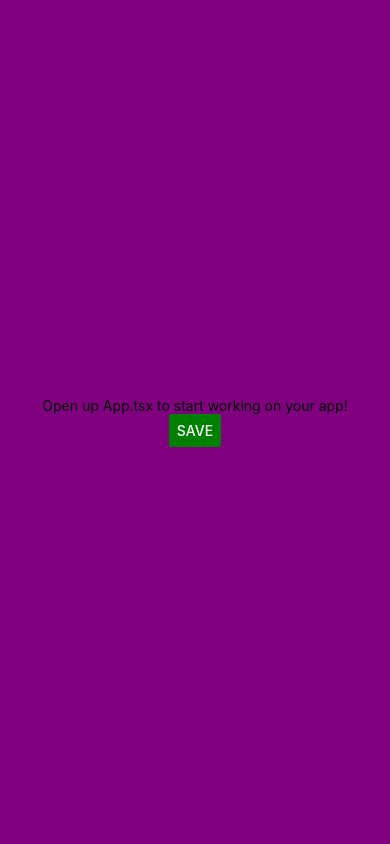
Repository: duongnoob23/WIND_SPEED_IOT
Screen: /
An editor plug-in stored every save of this project. The screen is shown before and after the next save, followed by the edit.
The app was drawn by React Native's web renderer in a window 390 px wide. The project was rebuilt for these pictures with package versions that can differ from the ones it lists, and the page was loaded fresh each time.

Above is the screen before, as saved 2025-03-10 15:13:18.

### App.tsx
import { StatusBar } from "expo-status-bar";
import { StyleSheet, Text, View, Button } from "react-native";

export default function App() {
  const handleCreateUser = () => {
    console.log("heelo");
  };
  return (
    <View style={css.frontEnd}>
      <Text>Open up App.tsx to start working on your app!</Text>
      <StatusBar style="auto" />
      <Button title="Save" onPress={handleCreateUser} color="green" />
    </View>
  );
}

const css = StyleSheet.create({
  frontEnd: {
    flex: 1,
    backgroundColor: "purple",
    display: "flex",
    justifyContent: "center",
    alignItems: "center",
  },
});

After the next save:
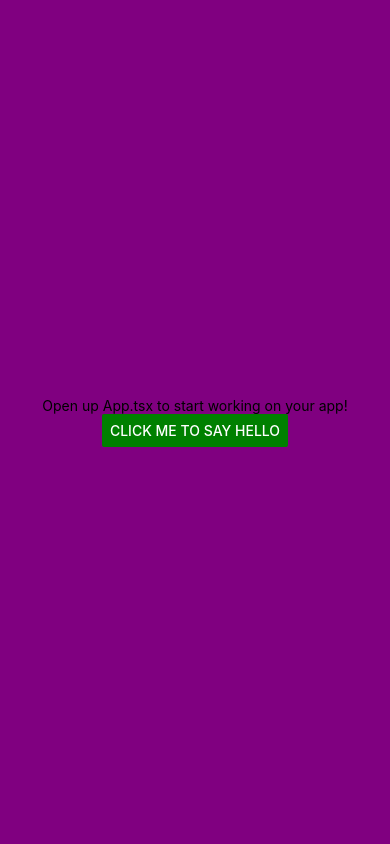
Saved 30 s later.
--- a/App.tsx
+++ b/App.tsx
@@ -9,7 +9,11 @@ export default function App() {
     <View style={css.frontEnd}>
       <Text>Open up App.tsx to start working on your app!</Text>
       <StatusBar style="auto" />
-      <Button title="Save" onPress={handleCreateUser} color="green" />
+      <Button
+        title="Click me to say hello"
+        onPress={handleCreateUser}
+        color="green"
+      />
     </View>
   );
 }
